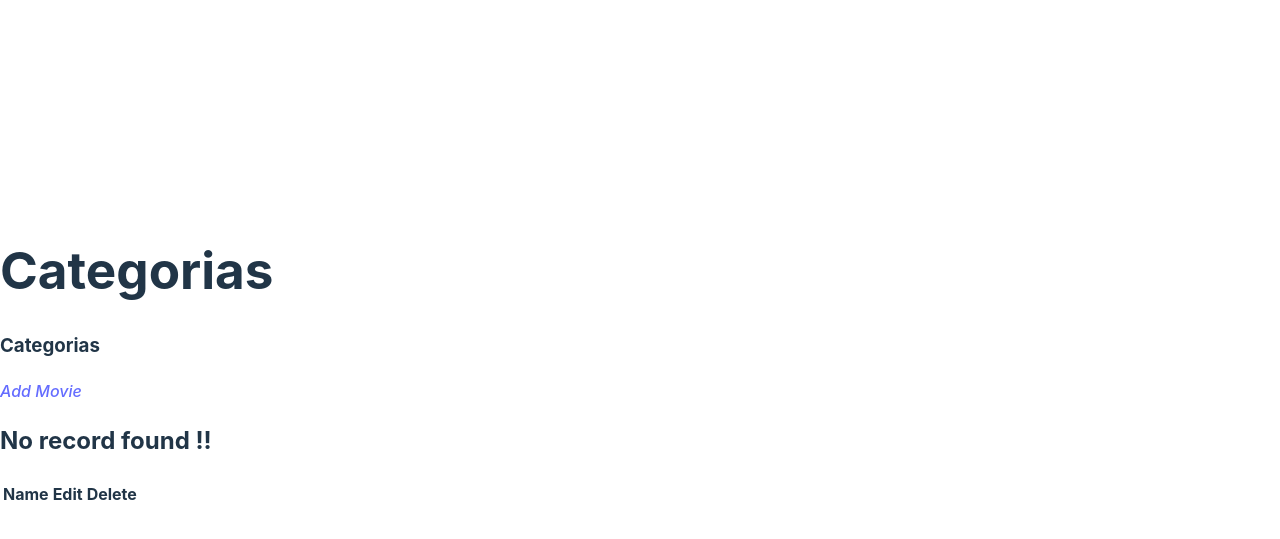
Repository: james-freitas/angelstore-inventory-react-vite
Page: /
The author's editor kept a copy of each file at every save. The page is drawn from the files as they stood at one save, then again after a run of saves.
The browser window is 1280 px wide. The pictures show the whole page.
The project was rebuilt for these pictures with package versions that can differ from the ones it lists, and the page was loaded fresh each time. Also part of the build but not shown: vite.config.ts, src/App.css.

Above is the page before, as saved 2024-01-13 18:46:32.

### src/App.tsx
import './App.css'

function App() {
  return (
    <div className="container">
      <h1>Categorias</h1>
      <div class="container my-2">
    <h3>Categorias</h3>
    <div class="card">
        <div class="card-body">
            <div th:switch="${movies}" class="container my-5">
                <p class="my-5">
                    <a href="/add" class="btn btn-success">
                        <i class="fas fa-plus ml-2"> Add Movie </i></a>
                </p>
                <div class="col-md-10">
                    <h2 th:case="null">No record found !!</h2>
                    <div th:case="*">
                        <table class="table table-striped table-responsive-md">
                            <thead>
                            <tr>
                                <th>Name</th>
                                <th>Edit</th>
                                <th>Delete</th>
                            </tr>
                            </thead>
                            <tbody>
                            <tr th:each="movie : ${movies}">
                                <td th:text="${movie.name}"></td>
                                <td><a th:href="@{/edit/{id}(id=${movie.id})}"
                                       class="btn btn-warning"> <i
                                        class="fas fa-edit ml-2"></i>
                                </a></td>
                                <td><a th:href="@{/delete/{id}(id=${movie.id})}"
                                       class="btn btn-danger"> <i
                                        class="fas fa-times ml-2"></i>
                                </a></td>
                            </tr>
                            </tbody>
                        </table>
                    </div>
                </div>
            </div>
        </div>
    </div>
</div>
    </div>
  )
}

export default App

Loaded but not shown: index.html (common file); src/main.tsx (common file); src/index.css (common file)

After the next 2 saves:
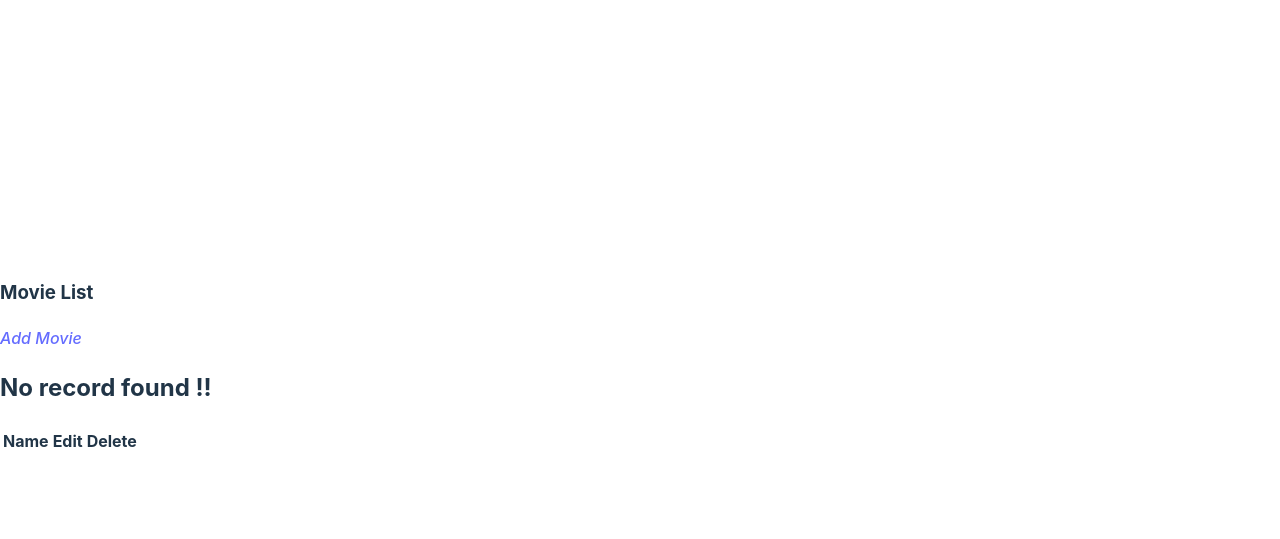
The 2 saves are shown as one change because 1 did not build or start.
The last was saved 36 s later.
--- a/src/App.tsx
+++ b/src/App.tsx
@@ -2,10 +2,8 @@ import './App.css'
 
 function App() {
   return (
-    <div className="container">
-      <h1>Categorias</h1>
-      <div class="container my-2">
-    <h3>Categorias</h3>
+<div class="container my-2">
+    <h3>Movie List</h3>
     <div class="card">
         <div class="card-body">
             <div th:switch="${movies}" class="container my-5">
@@ -44,7 +42,6 @@ function App() {
         </div>
     </div>
 </div>
-    </div>
   )
 }
 
